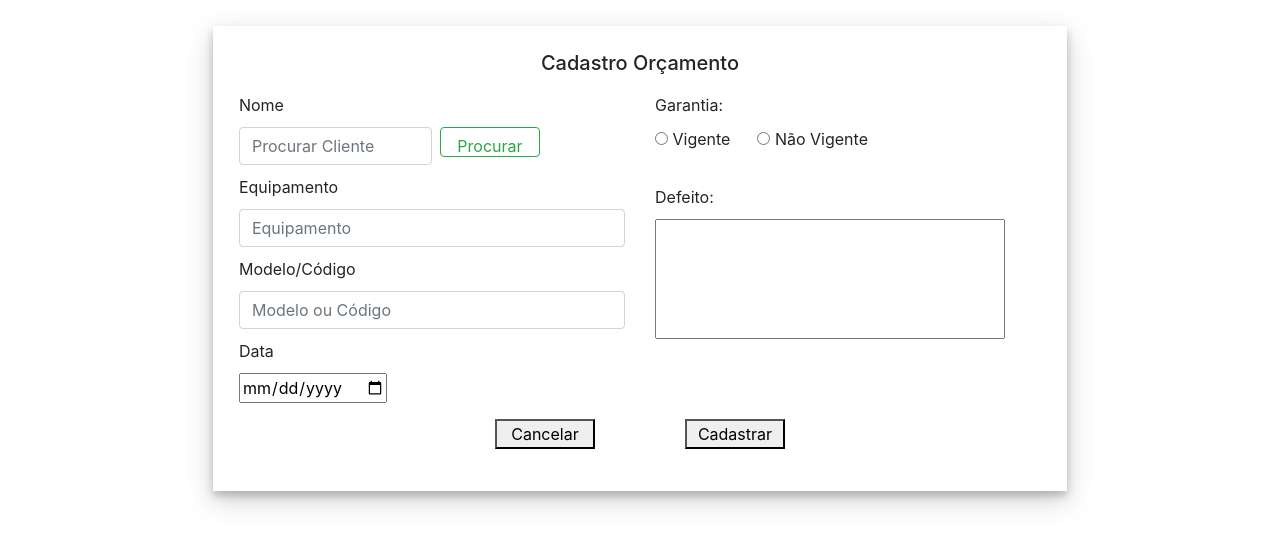
Repository: gabrielfeliphe/AssistenciaTecnica
Page: PI-AssistenciaTecnica/WebContent/pages/recepcao/funcao/cadastro_orcamento.html
These files come from the project's save history. The page is drawn as it stood at one moment and after the next save; the edit follows.
The browser window is 1280 px wide. The pictures show the whole page.
Some web libraries are served in a nearby version.

Above is the page before, as saved 2021-11-12 21:59:52.
Console error: TypeError: Cannot read properties of undefined (reading 'fn')

After the next save:
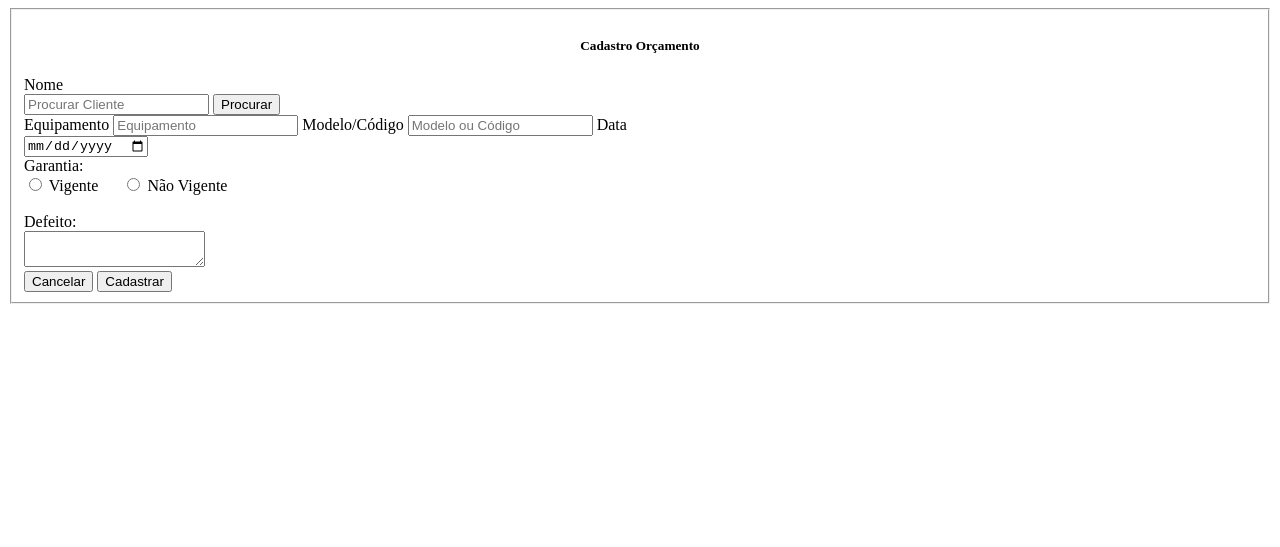
The error is gone.
Saved 42 min 55 s later.
--- a/PI-AssistenciaTecnica/WebContent/pages/recepcao/funcao/cadastro_orcamento.html
+++ b/PI-AssistenciaTecnica/WebContent/pages/recepcao/funcao/cadastro_orcamento.html
@@ -3,13 +3,6 @@
 <head>
 <meta charset="UTF-8">
 <title>Cadastro de Orçamento</title>
-
-<link rel="stylesheet" href="https://stackpath.bootstrapcdn.com/bootstrap/4.1.3/css/bootstrap.min.css" integrity="sha384-MCw98/SFnGE8fJT3GXwEOngsV7Zt27NXFoaoApmYm81iuXoPkFOJwJ8ERdknLPMO" crossorigin="anonymous">
-<script src="https://stackpath.bootstrapcdn.com/bootstrap/4.1.3/js/bootstrap.min.js" integrity="sha384-ChfqqxuZUCnJSK3+MXmPNIyE6ZbWh2IMqE241rYiqJxyMiZ6OW/JmZQ5stwEULTy" crossorigin="anonymous"></script>
-<link rel="stylesheet" href="https://cdn.jsdelivr.net/npm/bootstrap-icons@1.3.0/font/bootstrap-icons.css" />
-<link rel= "stylesheet" type = "text/css" href="../../../css/recepcao.css">
-
-<script src="https://code.jquery.com/jquery-3.6.0.min.js" integrity="sha256-/xUj+3OJU5yExlq6GSYGSHk7tPXikynS7ogEvDej/m4=" crossorigin="anonymous"></script>
 
 <script src"../../../js/recepcao.js"></script>
 
